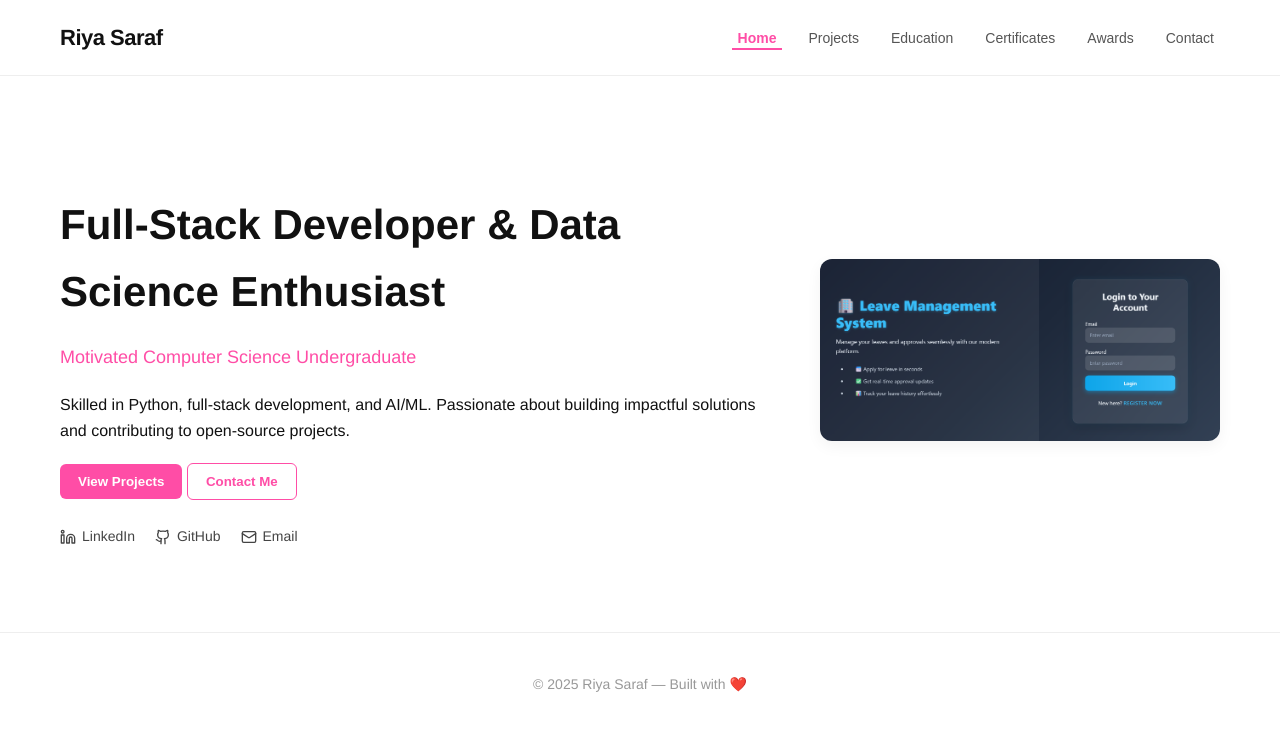
Repository: riyaaaa19/riya-portfolio
Page: /
These files come from the project's save history. The page is drawn as it stood at one moment and after the next save; the edit follows.
The browser window is 1280 px wide. The pictures show the whole page.
The project was rebuilt for these pictures with package versions that can differ from the ones it lists, and the page was loaded fresh each time. Also part of the build but not shown: src/components/TimelineCard.js.

Above is the page before, as saved 2025-09-13 15:59:38.

### src/App.js
import React, { useState } from "react";
import { Mail, Github, Linkedin } from "lucide-react";
import TimelineCard from "./components/TimelineCard"; // adjust path if needed

export default function RiyaSarafPortfolio() {
  const [activePage, setActivePage] = useState("home");

  // === Projects ===
  const projects = [
    {
      title: "Leave Management System",
      tech: "React.js, FastAPI, PostgreSQL, JWT",
      desc: "Full-stack app for managing employee leave requests with role-based access and JWT authentication.",
      github: "https://github.com/riyaaaa19/leave-management-system",
      live: "https://leave-management-system-cltb.onrender.com/",
      img: "/images/leave.png",
    },
    {
      title: "Genomic Analysis Web Application",
      tech: "Python, Django, Scikit-learn, Pandas",
      desc: "Django app for genomic data analysis with ML model selection, preprocessing and visualizations.",
      github: "https://github.com/riyaaaa19/genomic-analysis-django",
      img: "/images/genomics.png",
    },
    {
      title: "CyberSaarthi – Phishing & Invoice Fraud Detection",
      tech: "FastAPI, React.js, SQLite",
      desc: "ML + rule-based backend for phishing and invoice fraud detection with document parsing and structured reports.",
      github: "https://github.com/riyaaaa19/CyberSaarthi",
      img: "/images/cyber.png",
    },
  ];

  // === Education ===
  const education = [
    {
      school: "BADERIA GLOBAL INSTITUTE OF ENGINEERING AND MANAGEMENT",
      degree: "B.Tech CSE (Data Science)",
      year: "2022 – 2026",
      score: "CGPA: 8.28",
    },
    {
      school: "Nachiketa Higher Secondary School, Jabalpur",
      degree: "Class 12th • PCM • State Board",
      year: "2022",
      score: "Percentage: 73.4%",
    },
    {
      school: "Nachiketa Higher Secondary School, Jabalpur",
      degree: "Class 10th • State Board",
      year: "2020",
      score: "Percentage: 92%",
    },
  ];

  // === Certificates ===
  const certificates = [
    { title: "PCAP: Programming Essentials in Python", img: "/images/certificate1.jpg" },
    { title: "Introduction to Data Science — Cisco", img: "/images/certificate2.jpg" },
    { title: "Accenture Data Analytics Simulation", img: "/images/certificate3.jpg" },
    { title: "Global Entrepreneur Summit — IIT Kharagpur", img: "/images/certificate4.jpg" },
  ];

  // === Awards ===
  const awards = [
    { title: "Branch Topper — 2023, 2024, 2025", img: "/images/award1.jpg" },
    { title: "Best Girls Team Award — Hack SRIT 2025", img: "/images/award2.jpg" },
    { title: "1st Runner-Up — Ecopreneur Hackathon", img: "/images/award3.jpg" },
  ];

  return (
    <div>
      {/* Header */}
      <header>
        <h1>Riya Saraf</h1>
        <nav>
          {["home", "projects", "education", "certificates", "awards", "contact"].map((page) => (
            <button
              key={page}
              onClick={() => setActivePage(page)}
              className={activePage === page ? "active" : ""}
            >
              {page.charAt(0).toUpperCase() + page.slice(1)}
            </button>
          ))}
        </nav>
      </header>

      {/* Home */}
      {activePage === "home" && (
        <section className="hero">
          <div className="hero-text">
            <h2>Full-Stack Developer & Data Science Enthusiast</h2>
            <h3>Motivated Computer Science Undergraduate</h3>
            <p>
              Skilled in Python, full-stack development, and AI/ML. Passionate about building impactful
              solutions and contributing to open-source projects.
            </p>
            <div style={{ marginTop: "20px" }}>
              <button className="cta" onClick={() => setActivePage("projects")}>
                View Projects
              </button>{" "}
              <button className="outline" onClick={() => setActivePage("contact")}>
                Contact Me
              </button>
            </div>
            <div className="social-icons">
              <a href="https://linkedin.com/in/riya-saraf-9223a9257" target="_blank" rel="noreferrer">
                <Linkedin size={16} style={{ marginRight: "6px" }} /> LinkedIn
              </a>
              <a href="https://github.com/riyaaaa19" target="_blank" rel="noreferrer">
                <Github size={16} style={{ marginRight: "6px" }} /> GitHub
              </a>
              <a href="mailto:riyasaraf19@gmail.com">
                <Mail size={16} style={{ marginRight: "6px" }} /> Email
              </a>
            </div>
          </div>
          <div className="hero-img">
            <img src="/images/leave.png" alt="Coding" />
          </div>
        </section>
      )}

      {/* Projects */}
      {activePage === "projects" && (
        <section>
          <h2>Projects</h2>
          <div className="grid">
            {projects.map((p, i) => (
              <TimelineCard
                key={i}
                title={p.title}
                subtitle={p.tech}
                img={p.img}
                score={<span style={{ color: "#555" }}>{p.desc}</span>}
                type="project"
              />
            ))}
          </div>
        </section>
      )}

      {/* Education */}
      {activePage === "education" && (
        <section>
          <h2>Education</h2>
          {education.map((e, i) => (
            <TimelineCard
              key={i}
              title={e.school}
              subtitle={e.degree}
              year={e.year}
              score={e.score}
              icon="🎓"
              type="education"
            />
          ))}
        </section>
      )}

      {/* Certificates */}
      {activePage === "certificates" && (
        <section>
          <h2>Certificates</h2>
          <div className="grid">
            {certificates.map((c, i) => (
              <TimelineCard key={i} title={c.title} img={c.img} type="certificate" />
            ))}
          </div>
        </section>
      )}

      {/* Awards */}
      {activePage === "awards" && (
        <section>
          <h2>Awards</h2>
          <div className="grid">
            {awards.map((a, i) => (
              <TimelineCard key={i} title={a.title} img={a.img} type="award" />
            ))}
          </div>
        </section>
      )}

      {/* Contact */}
      {activePage === "contact" && (
        <section>
          <h2>Contact</h2>
          <p>
            Email:{" "}
            <a href="mailto:riyasaraf19@gmail.com" style={{ color: "#ff4da6" }}>
              riyasaraf19@gmail.com
            </a>
          </p>
          <p>
            LinkedIn:{" "}
            <a
              href="https://linkedin.com/in/riya-saraf-9223a9257"
              target="_blank"
              rel="noreferrer"
              style={{ color: "#ff4da6" }}
            >
              linkedin.com/in/riya-saraf
            </a>
          </p>
          <p>
            GitHub:{" "}
            <a
              href="https://github.com/riyaaaa19"
              target="_blank"
              rel="noreferrer"
              style={{ color: "#ff4da6" }}
            >
              github.com/riyaaaa19
            </a>
          </p>
        </section>
      )}

      {/* Footer */}
      <footer>© {new Date().getFullYear()} Riya Saraf — Built with ❤️</footer>
    </div>
  );
}

### src/styles.css
body {
  margin: 0;
  font-family: 'Helvetica Neue', Arial, sans-serif;
  background: #fff;
  color: #111;
  line-height: 1.6;
}

/* Header */
header {
  position: sticky;
  top: 0;
  background: white;
  padding: 20px 60px;
  display: flex;
  justify-content: space-between;
  align-items: center;
  border-bottom: 1px solid #eee;
  z-index: 100;
}

header h1 {
  margin: 0;
  font-size: 22px;
  font-weight: 700;
  color: #111;
  letter-spacing: -0.5px;
}

nav button {
  background: none;
  border: none;
  margin-left: 20px;
  font-size: 14px;
  color: #555;
  cursor: pointer;
  transition: color 0.2s;
}

nav button.active {
  color: #ff4da6;
  font-weight: 600;
  border-bottom: 2px solid #ff4da6;
  padding-bottom: 2px;
}

nav button:hover {
  color: #111;
}

/* Sections */
section {
  padding: 80px 60px;
  background: white;
}

section h2 {
  font-size: 32px;
  font-weight: 700;
  margin-bottom: 25px;
}

/* Hero */
.hero {
  display: flex;
  flex-direction: row;
  justify-content: space-between;
  align-items: center;
  gap: 40px;
}

.hero-text {
  flex: 1;
}

.hero-text h2 {
  font-size: 42px;
  font-weight: 800;
  margin-bottom: 10px;
}

.hero-text h3 {
  font-size: 18px;
  font-weight: 500;
  color: #ff4da6;
  margin-bottom: 20px;
}

.hero-img img {
  max-width: 400px;
  border-radius: 12px;
  box-shadow: 0 5px 15px rgba(0, 0, 0, 0.05);
}

/* Buttons */
button.cta {
  background: #ff4da6;
  color: white;
  border: none;
  padding: 10px 18px;
  border-radius: 6px;
  font-weight: 600;
  cursor: pointer;
  transition: background 0.2s;
}

button.cta:hover {
  background: #e60084;
}

button.outline {
  background: none;
  border: 1px solid #ff4da6;
  color: #ff4da6;
  padding: 10px 18px;
  border-radius: 6px;
  font-weight: 600;
  cursor: pointer;
  transition: all 0.2s;
}

button.outline:hover {
  background: #ff4da6;
  color: white;
}

/* Social links */
.social-icons {
  margin-top: 25px;
}

.social-icons a {
  margin-right: 20px;
  font-size: 14px;
  color: #444;
  text-decoration: none;
  display: inline-flex;
  align-items: center;
  transition: color 0.2s;
}

.social-icons a:hover {
  color: #ff4da6;
}

/* Footer */
footer {
  text-align: center;
  padding: 40px 0;
  font-size: 14px;
  color: #999;
  border-top: 1px solid #eee;
}

.grid {
  display: grid;
  grid-template-columns: repeat(auto-fit, minmax(220px, 1fr));
  gap: 20px;
  margin-top: 20px;
}

Loaded but not shown: public/index.html (common file); src/index.js (common file)

After the next save:
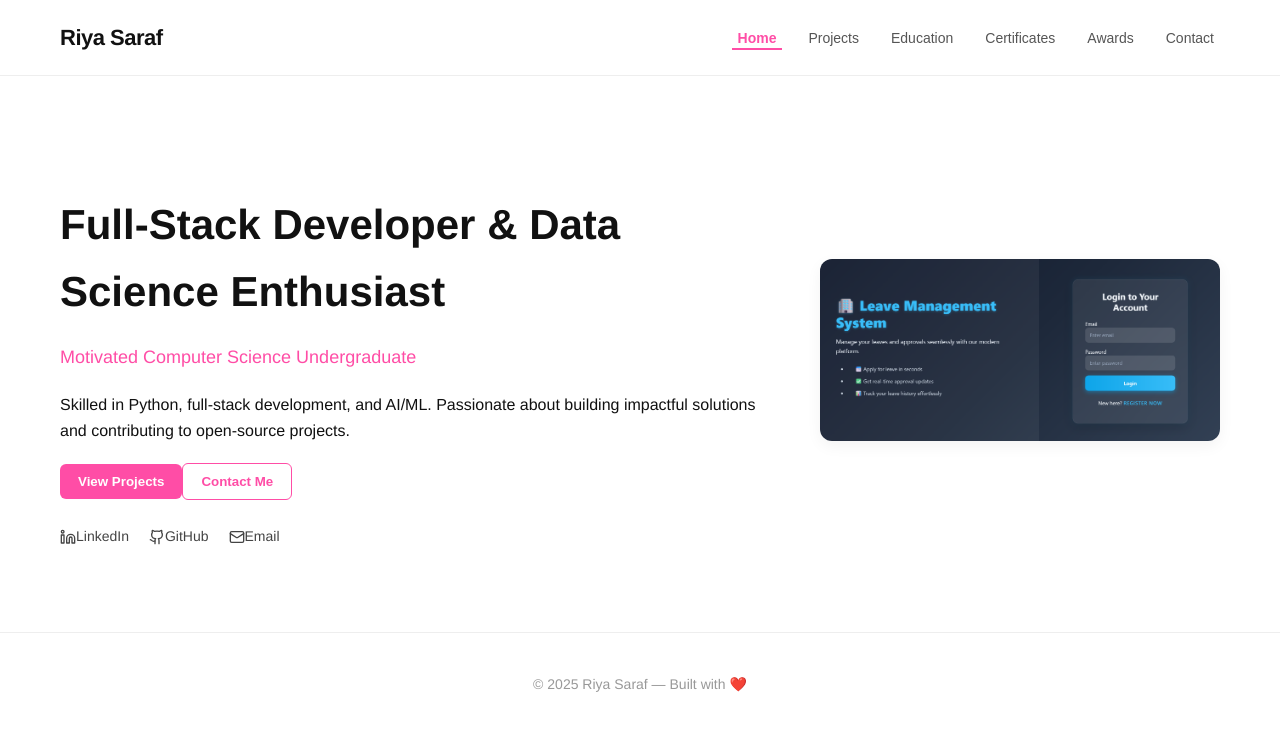
Saved 47 s later.
--- a/src/App.js
+++ b/src/App.js
@@ -1,11 +1,11 @@
 import React, { useState } from "react";
 import { Mail, Github, Linkedin } from "lucide-react";
 import TimelineCard from "./components/TimelineCard"; // adjust path if needed
+import "./styles.css"; // Add styles here
 
 export default function RiyaSarafPortfolio() {
   const [activePage, setActivePage] = useState("home");
 
-  // === Projects ===
   const projects = [
     {
       title: "Leave Management System",
@@ -31,29 +31,12 @@ export default function RiyaSarafPortfolio() {
     },
   ];
 
-  // === Education ===
   const education = [
-    {
-      school: "BADERIA GLOBAL INSTITUTE OF ENGINEERING AND MANAGEMENT",
-      degree: "B.Tech CSE (Data Science)",
-      year: "2022 – 2026",
-      score: "CGPA: 8.28",
-    },
-    {
-      school: "Nachiketa Higher Secondary School, Jabalpur",
-      degree: "Class 12th • PCM • State Board",
-      year: "2022",
-      score: "Percentage: 73.4%",
-    },
-    {
-      school: "Nachiketa Higher Secondary School, Jabalpur",
-      degree: "Class 10th • State Board",
-      year: "2020",
-      score: "Percentage: 92%",
-    },
+    { school: "BADERIA GLOBAL INSTITUTE OF ENGINEERING AND MANAGEMENT", degree: "B.Tech CSE (Data Science)", year: "2022 – 2026", score: "CGPA: 8.28" },
+    { school: "Nachiketa Higher Secondary School, Jabalpur", degree: "Class 12th • PCM • State Board", year: "2022", score: "Percentage: 73.4%" },
+    { school: "Nachiketa Higher Secondary School, Jabalpur", degree: "Class 10th • State Board", year: "2020", score: "Percentage: 92%" },
   ];
 
-  // === Certificates ===
   const certificates = [
     { title: "PCAP: Programming Essentials in Python", img: "/images/certificate1.jpg" },
     { title: "Introduction to Data Science — Cisco", img: "/images/certificate2.jpg" },
@@ -61,7 +44,6 @@ export default function RiyaSarafPortfolio() {
     { title: "Global Entrepreneur Summit — IIT Kharagpur", img: "/images/certificate4.jpg" },
   ];
 
-  // === Awards ===
   const awards = [
     { title: "Branch Topper — 2023, 2024, 2025", img: "/images/award1.jpg" },
     { title: "Best Girls Team Award — Hack SRIT 2025", img: "/images/award2.jpg" },
@@ -70,7 +52,6 @@ export default function RiyaSarafPortfolio() {
 
   return (
     <div>
-      {/* Header */}
       <header>
         <h1>Riya Saraf</h1>
         <nav>
@@ -86,7 +67,6 @@ export default function RiyaSarafPortfolio() {
         </nav>
       </header>
 
-      {/* Home */}
       {activePage === "home" && (
         <section className="hero">
           <div className="hero-text">
@@ -97,22 +77,18 @@ export default function RiyaSarafPortfolio() {
               solutions and contributing to open-source projects.
             </p>
             <div style={{ marginTop: "20px" }}>
-              <button className="cta" onClick={() => setActivePage("projects")}>
-                View Projects
-              </button>{" "}
-              <button className="outline" onClick={() => setActivePage("contact")}>
-                Contact Me
-              </button>
+              <button className="cta" onClick={() => setActivePage("projects")}>View Projects</button>
+              <button className="outline" onClick={() => setActivePage("contact")}>Contact Me</button>
             </div>
             <div className="social-icons">
               <a href="https://linkedin.com/in/riya-saraf-9223a9257" target="_blank" rel="noreferrer">
-                <Linkedin size={16} style={{ marginRight: "6px" }} /> LinkedIn
+                <Linkedin size={16} /> LinkedIn
               </a>
               <a href="https://github.com/riyaaaa19" target="_blank" rel="noreferrer">
-                <Github size={16} style={{ marginRight: "6px" }} /> GitHub
+                <Github size={16} /> GitHub
               </a>
               <a href="mailto:riyasaraf19@gmail.com">
-                <Mail size={16} style={{ marginRight: "6px" }} /> Email
+                <Mail size={16} /> Email
               </a>
             </div>
           </div>
@@ -122,7 +98,6 @@ export default function RiyaSarafPortfolio() {
         </section>
       )}
 
-      {/* Projects */}
       {activePage === "projects" && (
         <section>
           <h2>Projects</h2>
@@ -134,6 +109,8 @@ export default function RiyaSarafPortfolio() {
                 subtitle={p.tech}
                 img={p.img}
                 score={<span style={{ color: "#555" }}>{p.desc}</span>}
+                github={p.github}
+                live={p.live}
                 type="project"
               />
             ))}
@@ -141,7 +118,6 @@ export default function RiyaSarafPortfolio() {
         </section>
       )}
 
-      {/* Education */}
       {activePage === "education" && (
         <section>
           <h2>Education</h2>
@@ -159,7 +135,6 @@ export default function RiyaSarafPortfolio() {
         </section>
       )}
 
-      {/* Certificates */}
       {activePage === "certificates" && (
         <section>
           <h2>Certificates</h2>
@@ -171,7 +146,6 @@ export default function RiyaSarafPortfolio() {
         </section>
       )}
 
-      {/* Awards */}
       {activePage === "awards" && (
         <section>
           <h2>Awards</h2>
@@ -183,42 +157,15 @@ export default function RiyaSarafPortfolio() {
         </section>
       )}
 
-      {/* Contact */}
       {activePage === "contact" && (
         <section>
           <h2>Contact</h2>
-          <p>
-            Email:{" "}
-            <a href="mailto:riyasaraf19@gmail.com" style={{ color: "#ff4da6" }}>
-              riyasaraf19@gmail.com
-            </a>
-          </p>
-          <p>
-            LinkedIn:{" "}
-            <a
-              href="https://linkedin.com/in/riya-saraf-9223a9257"
-              target="_blank"
-              rel="noreferrer"
-              style={{ color: "#ff4da6" }}
-            >
-              linkedin.com/in/riya-saraf
-            </a>
-          </p>
-          <p>
-            GitHub:{" "}
-            <a
-              href="https://github.com/riyaaaa19"
-              target="_blank"
-              rel="noreferrer"
-              style={{ color: "#ff4da6" }}
-            >
-              github.com/riyaaaa19
-            </a>
-          </p>
+          <p>Email: <a href="mailto:riyasaraf19@gmail.com" style={{ color: "#ff4da6" }}>riyasaraf19@gmail.com</a></p>
+          <p>LinkedIn: <a href="https://linkedin.com/in/riya-saraf-9223a9257" target="_blank" rel="noreferrer" style={{ color: "#ff4da6" }}>linkedin.com/in/riya-saraf</a></p>
+          <p>GitHub: <a href="https://github.com/riyaaaa19" target="_blank" rel="noreferrer" style={{ color: "#ff4da6" }}>github.com/riyaaaa19</a></p>
         </section>
       )}
 
-      {/* Footer */}
       <footer>© {new Date().getFullYear()} Riya Saraf — Built with ❤️</footer>
     </div>
   );
